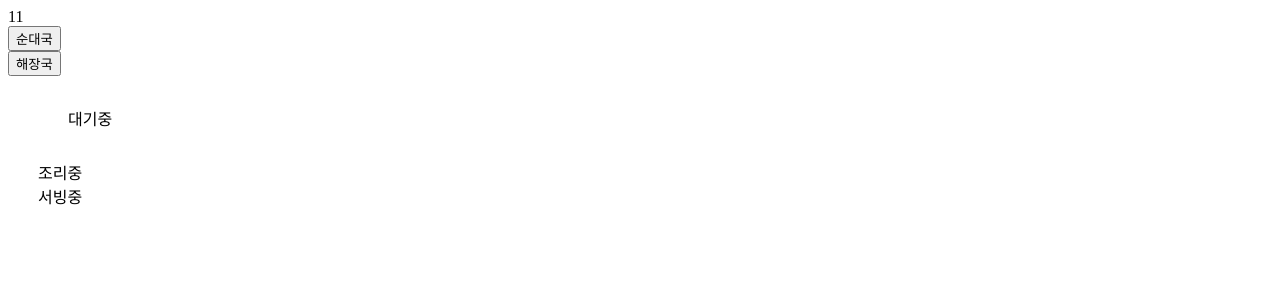
Repository: IT-magician/Restaurant-Simulation
Page: index.html
An editor plug-in stored every save of this project. The page is shown before and after the next save, followed by the edit.
The browser window is 1280 px wide. The pictures show the whole page.

Above is the page before, as saved 2023-11-14 20:22:33.

After the next save:
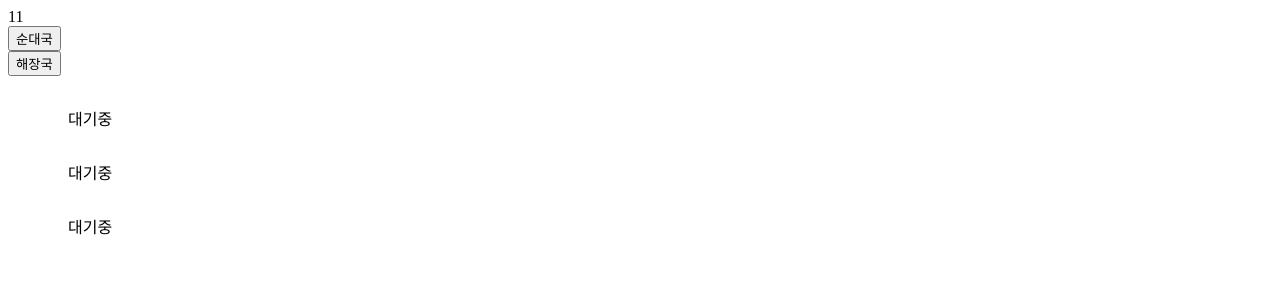
Saved 9 s later.
--- a/index.html
+++ b/index.html
@@ -24,10 +24,14 @@
         <div class="title">대기중</div>
         <div id="waiting"></div>
       </div>
-      조리중
-      <div id="cooking"></div>
-      서빙중
-      <div id="serving"></div>
+      <div class="item" style="margin: 30px">
+        <div class="title">대기중</div>
+        <div id="waiting"></div>
+      </div>
+      <div class="item" style="margin: 30px">
+        <div class="title">대기중</div>
+        <div id="waiting"></div>
+      </div>
     </div>
 
     <!-- <script type="module" src="./js/food.js"></script>
